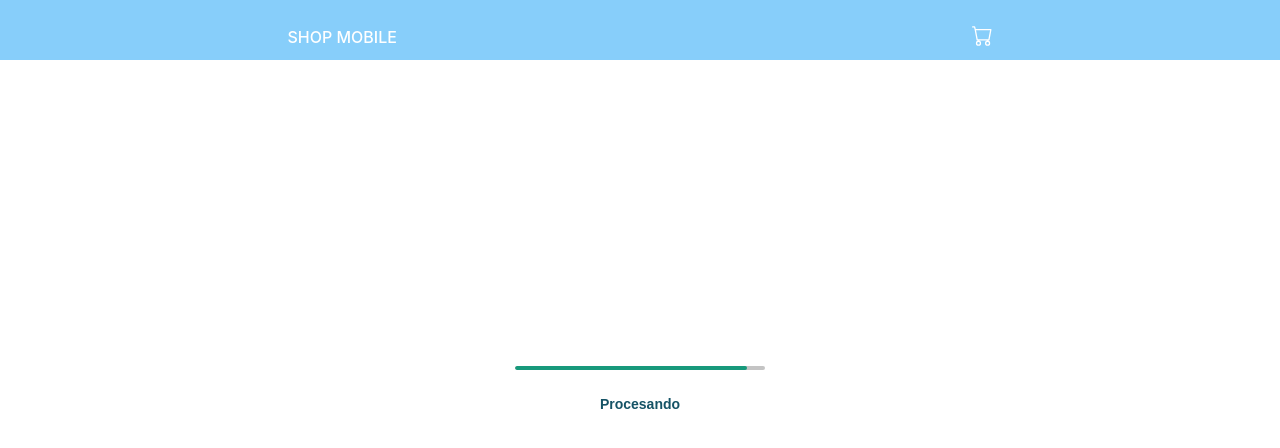
Repository: banchiec/atInditex
Page: /
These files come from the project's save history. The page is drawn as it stood at one moment and after a run of saves; the edit follows.
The browser window is 1280 px wide. The pictures show the whole page.
The page's requests for data from a server got no answer. The project was rebuilt for these pictures with package versions that can differ from the ones it lists, and the page was loaded fresh each time. No one was signed in, and anything a server would have sent is missing. Also part of the build but not shown: src/components/Cards/CardProductItem/cardProductItemStyled.js, src/components/Cards/CardProductItem/CardProductItem.js, src/services/cart.services.js, src/utils/products/cart.utils.js, src/screen/DetailsProductScreen/components/ButtonOptions/buttonOptionsStyled.js, src/screen/DetailsProductScreen/components/ButtonOptions/ButtonOptions.js, src/screen/DetailsProductScreen/styles/detailsProductScreenStyled.js, src/screen/DetailsProductScreen/DetailsProductScreen.js.

Above is the page before, as saved 2022-09-08 10:40:28.

After the next 4 saves:
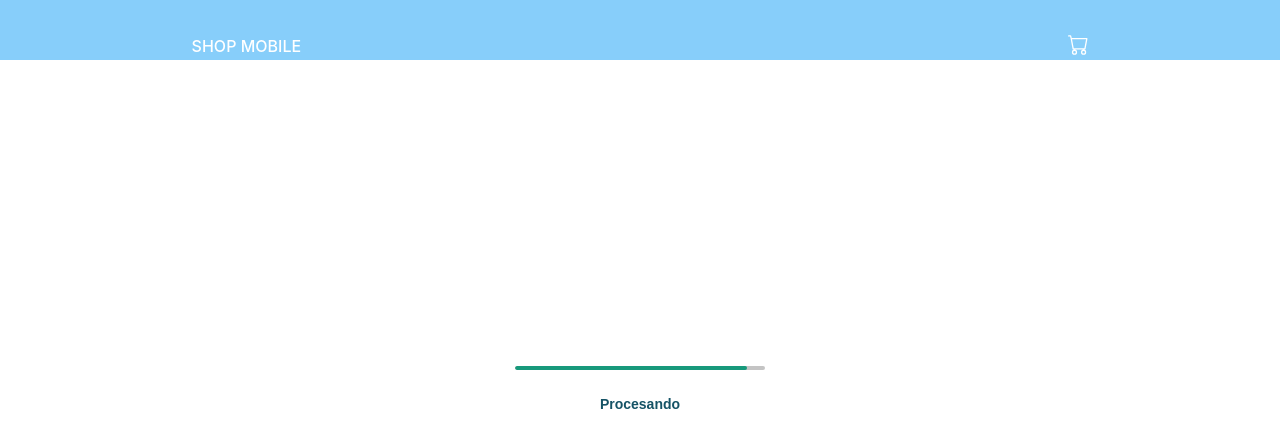
The 4 saves are shown as one change because 2 did not build or start and some came seconds apart.
The last was saved 85 s later.
--- a/src/components/Header/Header.js
+++ b/src/components/Header/Header.js
@@ -21,6 +21,9 @@ const Header = ({counterCart}) => {
       <Link to={path.PRODUCTPAGE}>
         SHOP MOBILE
       </Link>
+      <h1>
+       {counterCart?.countItems}
+      </h1>
       <div>
         <BsCart/>
       </div>
